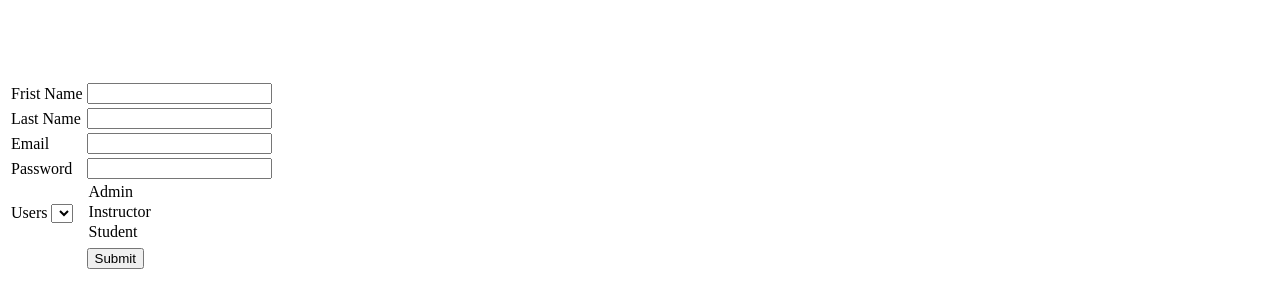
Repository: zshafi01/LearnerAcadamy
Page: http://localhost/LearnerAcadamy/user.jsp
The author's editor kept a copy of each file at every save. The page is drawn from the files as they stood at one save, then again after the next save.
The browser window is 1280 px wide. The pictures show the whole page.
The page is served by Tomcat 9. Other server files are loaded and not shown.

Above is the page before, as saved 2021-02-03 22:06:57.

### LearnerAcadamy/WebContent/user.jsp
<%@ page language="java" contentType="text/html; charset=ISO-8859-1"
    pageEncoding="ISO-8859-1"%>
<!DOCTYPE html>
<html>
<head>
<meta charset="ISO-8859-1">
<title>Learner's Acadamy</title>
</head>
<body>
<form method="post" action="registrationHandler">
<table>
<tr>
<td>Frist Name </td><td><input type="text" name="fname"></td><br/>
</tr>
<tr><td>Last Name</td><td><input type="text" name="lname"></td><br/>
</tr>
<tr><td>Email</td><td><input type="email" name="email"></td><br/>
</tr>
<tr>
<td>Password</td><td><input type="password" name="password"></td><br/>
</tr>
<tr>
<td class="select">Users
<select name="type"></td><td>
	<option value="admin">Admin</option>
    <option value="Instructor">Instructor</option>
    <option value="Student">Student</option>
</select>
<td ALIGN="center"></td></td>
</tr>
<tr>
<td></td><td><input type="submit" value="Submit"></td></tr>
</table>
</form>
</body>
</html>

After the next save:
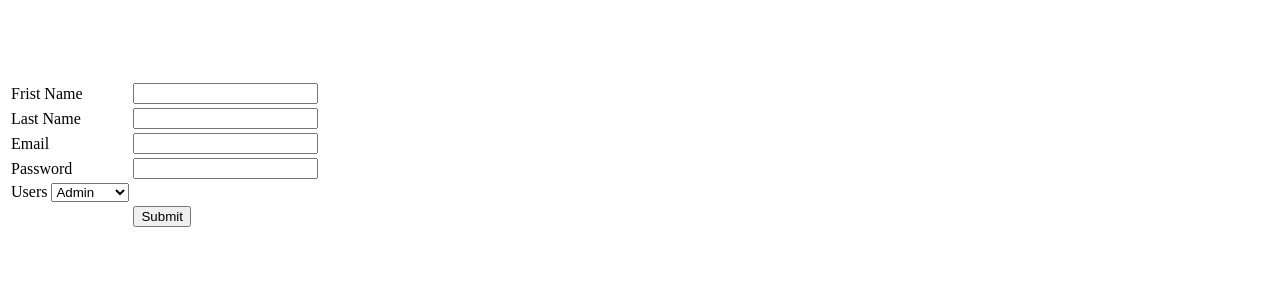
Saved 69 s later.
--- a/LearnerAcadamy/WebContent/user.jsp
+++ b/LearnerAcadamy/WebContent/user.jsp
@@ -21,7 +21,7 @@
 </tr>
 <tr>
 <td class="select">Users
-<select name="type"></td><td>
+<select name="type">
 	<option value="admin">Admin</option>
     <option value="Instructor">Instructor</option>
     <option value="Student">Student</option>
